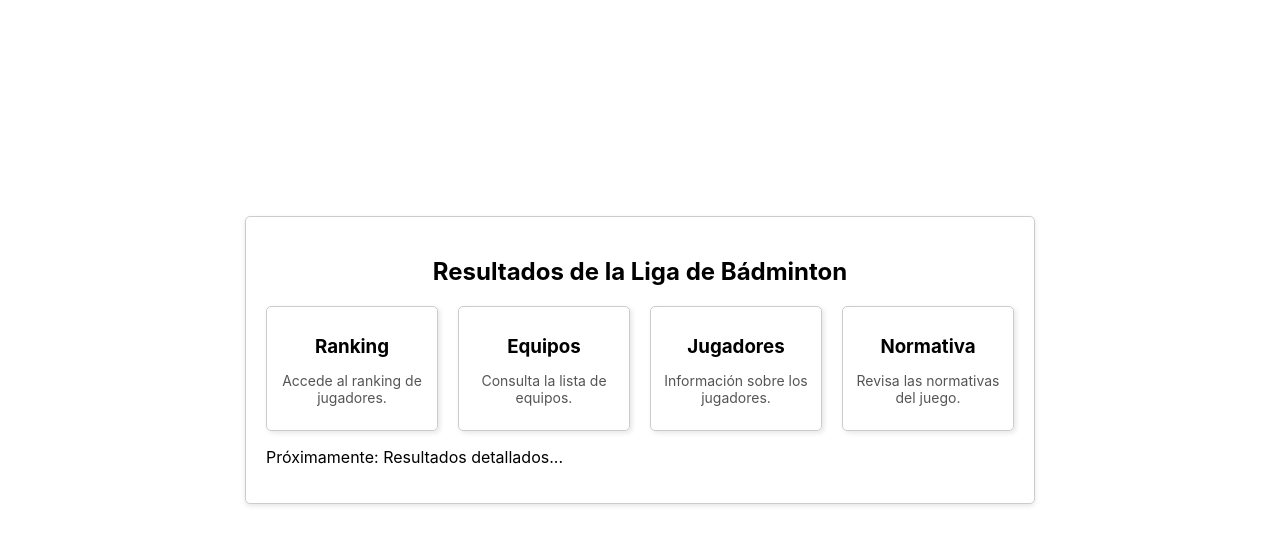
Repository: anuskazw/badminton
Page: /dashboard
The author's editor kept a copy of each file at every save. The page is drawn from the files as they stood at one save, then again after the next save.
The browser window is 1280 px wide. The pictures show the whole page.
The project was rebuilt for these pictures with package versions that can differ from the ones it lists, and the page was loaded fresh each time. Also part of the build but not shown: src/components/Login.js.

Above is the page before, as saved 2024-11-24 22:49:15.

### src/App.js
import React from 'react';
import { BrowserRouter as Router, Route, Routes } from 'react-router-dom';
import Login from './components/Login';
import Dashboard from './components/Dashboard';

function App() {
    return (
        <Router>
            <div className="App">
                <Routes>
                    <Route path="/" element={<Login />} />
                    <Route path="/dashboard" element={<Dashboard />} />
                </Routes>
            </div>
        </Router>
    );
}

export default App;

### src/components/Dashboard.js
import React from 'react';
import './Dashboard.css'; // Asegúrate de crear un archivo CSS para estilos específicos del dashboard

function Dashboard() {
    // Aquí puedes agregar lógica para obtener y mostrar los resultados de la liga
    return (
        <div className="dashboard-container">
            <h2>Resultados de la Liga de Bádminton</h2>
            {/* Aquí puedes agregar tablas, gráficos, etc. para mostrar los resultados */}
            <div className="card-container">
                <div className="card">
                    <h3>Ranking</h3>
                    <p>Accede al ranking de jugadores.</p>
                </div>
                <div className="card">
                    <h3>Equipos</h3>
                    <p>Consulta la lista de equipos.</p>
                </div>
                <div className="card">
                    <h3>Jugadores</h3>
                    <p>Información sobre los jugadores.</p>
                </div>
                <div className="card">
                    <h3>Normativa</h3>
                    <p>Revisa las normativas del juego.</p>
                </div>
            </div>
            <p>Próximamente: Resultados detallados...</p>
        </div>
    );
}

export default Dashboard;

### src/components/Login.css
/* src/components/Login.css */
.login-container {
    min-width: 400px;
    margin: 0 auto;
    padding: 20px;
    border: 1px solid #ccc;
    border-radius: 5px;
    box-shadow: 0 2px 5px rgba(0, 0, 0, 0.1);
}

.login-container h2 {
    text-align: center;
    margin-bottom: 20px;
}

.login-container form div {
    margin-bottom: 15px;
}

.login-container label {
    display: block;
    margin-bottom: 5px;
}

.login-container input {
    width: 100%;
    padding: 8px;
    box-sizing: border-box;
    border: 1px solid #e0e0e0;
    border-radius: 4px;
}

.login-container button {
    width: 100%;
    padding: 10px;
    background-color: #007bff;
    color: white;
    border: none;
    border-radius: 5px;
    cursor: pointer;
}

.login-container button:hover {
    background-color: #0056b3;
}

body {
    display: flex;
    justify-content: center;
    align-items: center;
    min-height: 100vh;
    margin: 0;
}

### src/components/Dashboard.css
.dashboard-container {
    min-width: 600px;
    margin: 0 auto;
    padding: 20px;
    border: 1px solid #ccc;
    border-radius: 5px;
    box-shadow: 0 2px 5px rgba(0, 0, 0, 0.1);
}

.dashboard-container h2 {
    text-align: center;
    margin-bottom: 20px;
}

.card-container {
    display: flex;
    gap: 20px;
    margin-top: 20px;
}

.card {
    border: 1px solid #ccc;
    padding: 10px;
    border-radius: 5px;
    width: 150px;
    text-align: center;
    box-shadow: 2px 2px 5px rgba(0, 0, 0, 0.1);
}

.card h3 {
    margin-bottom: 10px;
}

.card p {
    font-size: 14px;
    color: #555;
}

Loaded but not shown: public/index.html (common file); src/index.js (common file); src/index.css (common file); src/reportWebVitals.js (common file)

After the next save:
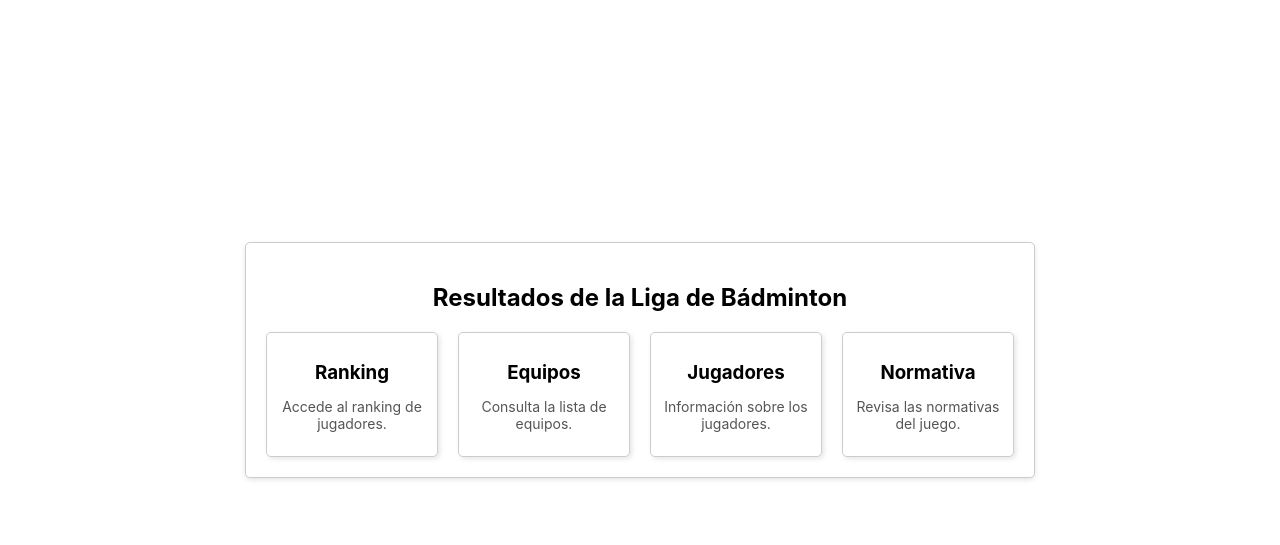
Saved 14 s later.
--- a/src/components/Dashboard.js
+++ b/src/components/Dashboard.js
@@ -25,7 +25,6 @@ function Dashboard() {
                     <p>Revisa las normativas del juego.</p>
                 </div>
             </div>
-            <p>Próximamente: Resultados detallados...</p>
         </div>
     );
 }
